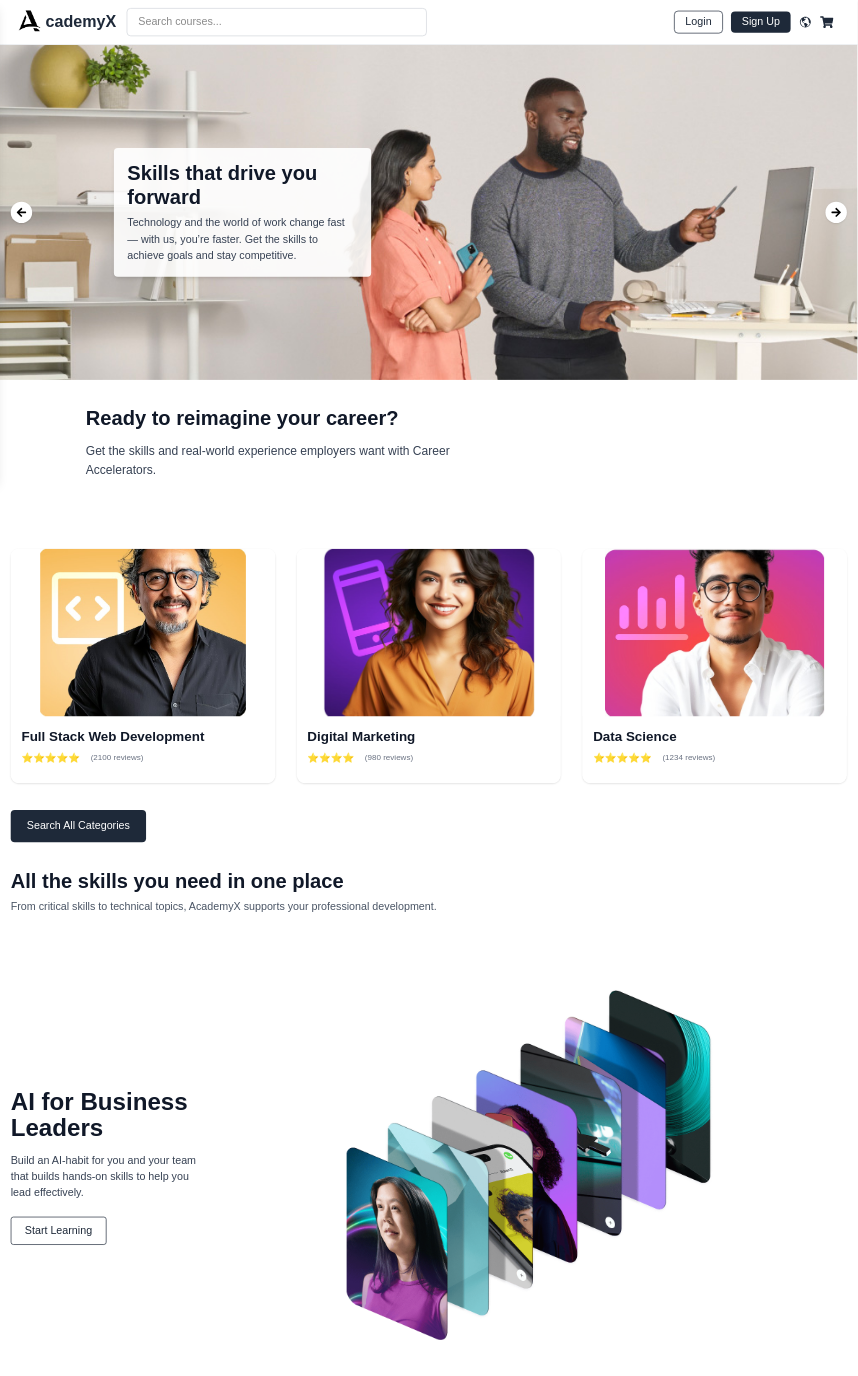
Repository: MohamedSalah54/full-stack-e-learning
Page: / (app in frontend/)
These files come from the project's save history. The page is drawn as it stood at one moment and after the next save; the edit follows.
The browser window is 1280 px wide. The pictures show the whole page, at 67% of full size.
The project was rebuilt for these pictures with package versions that can differ from the ones it lists, and the page was loaded fresh each time. The framework's server and built-in components were replaced by stand-ins that run in the browser. Also part of the build but not shown: frontend/next.config.ts.

Above is the page before, as saved 2025-06-15 15:42:56.

After the next save:
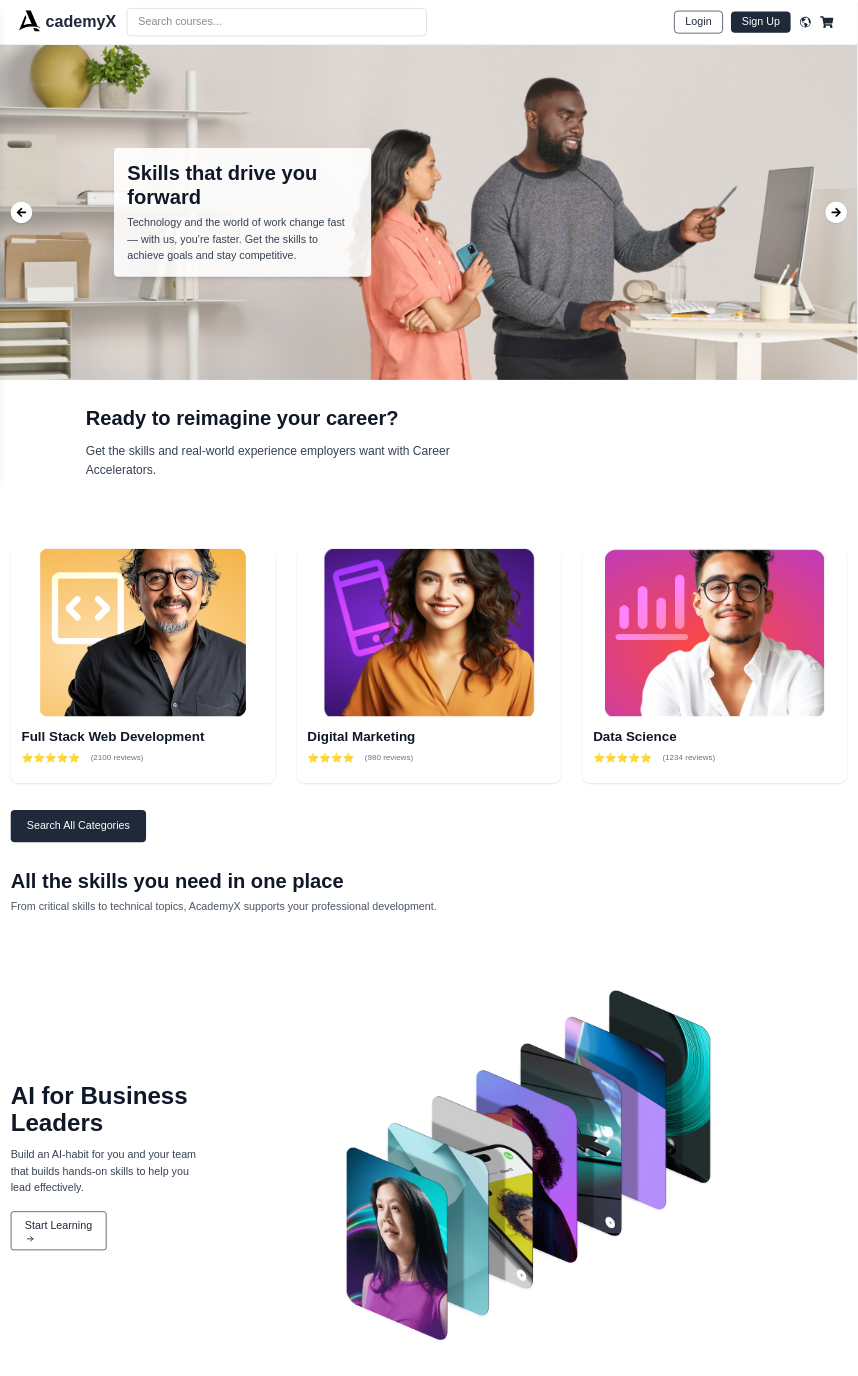
Saved 10 s later.
--- a/frontend/src/components/home/HeroBannerFixed.tsx
+++ b/frontend/src/components/home/HeroBannerFixed.tsx
@@ -17,7 +17,7 @@
 
                     </span>
                     <button className="px-5 py-2 bg-white text-gray-800 border border-gray-800 rounded hover:bg-gray-100 transition">
-                        Start Learning
+                        Start Learning <HiOutlineArrowSmRight />
                     </button>
                 </div>
 

After the save that followed:
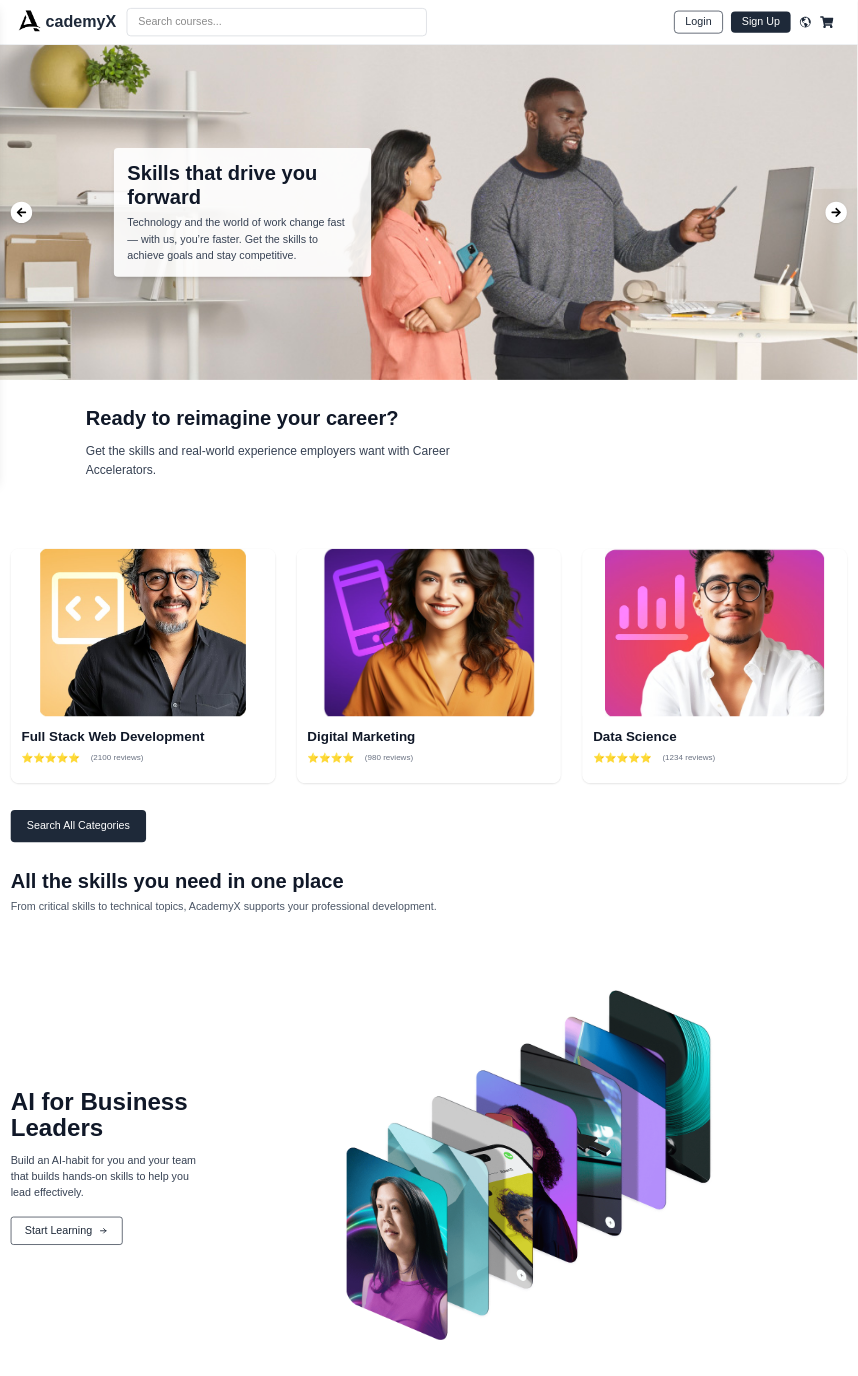
Saved 38 s later.
--- a/frontend/src/components/home/HeroBannerFixed.tsx
+++ b/frontend/src/components/home/HeroBannerFixed.tsx
@@ -16,9 +16,10 @@
                         Build an AI-habit for you and your team that builds hands-on skills to help you lead effectively.
 
                     </span>
-                    <button className="px-5 py-2 bg-white text-gray-800 border border-gray-800 rounded hover:bg-gray-100 transition">
-                        Start Learning <HiOutlineArrowSmRight />
-                    </button>
+               <button className="px-5 py-2 bg-white text-gray-800 border border-gray-800 rounded hover:bg-gray-100 transition flex items-center gap-2">
+  Start Learning <HiOutlineArrowSmRight />
+</button>
+
                 </div>
 
                 {/* Image on the right */}
